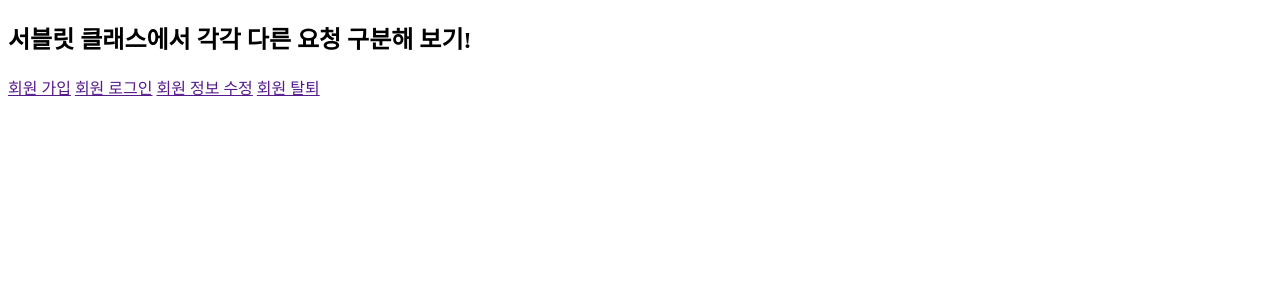
Repository: Baekdusan-baekho/jsp_practice
Page: http://localhost/JspBasic/servlet/front_con.jsp
The author's editor kept a copy of each file at every save. The page is drawn from the files as they stood at one save, then again after the next save.
The browser window is 1280 px wide. The pictures show the whole page.
The page is served by Tomcat 9.

Above is the page before, as saved 2023-09-13 03:20:05.

After the next save:
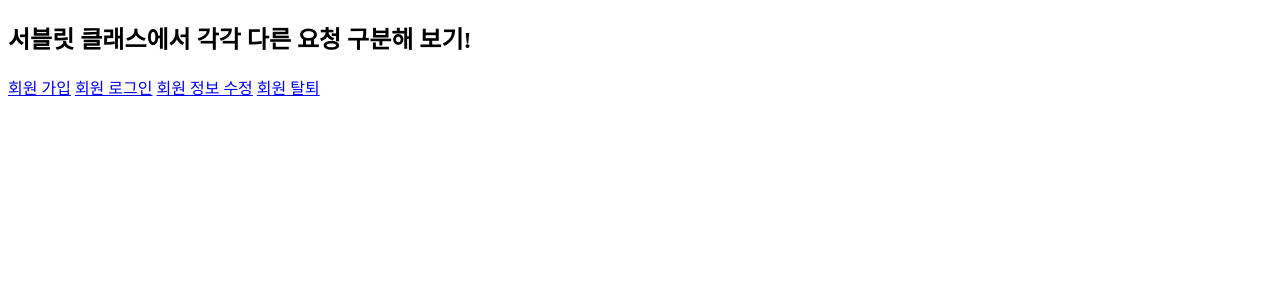
Saved 2 min 3 s later.
--- a/JspBasic/src/main/webapp/servlet/front_con.jsp
+++ b/JspBasic/src/main/webapp/servlet/front_con.jsp
@@ -9,10 +9,10 @@
 <body>
 
 	<h2>서블릿 클래스에서 각각 다른 요청 구분해 보기!</h2>
-	<a href="">회원 가입</a>
-	<a href="">회원 로그인</a>
-	<a href="">회원 정보 수정</a>
-	<a href="">회원 탈퇴</a>
+	<a href="/JspBasic/user">회원 가입</a>
+	<a href="/JspBasic/user">회원 로그인</a>
+	<a href="/JspBasic/user">회원 정보 수정</a>
+	<a href="/JspBasic/user">회원 탈퇴</a>
 
 
 
